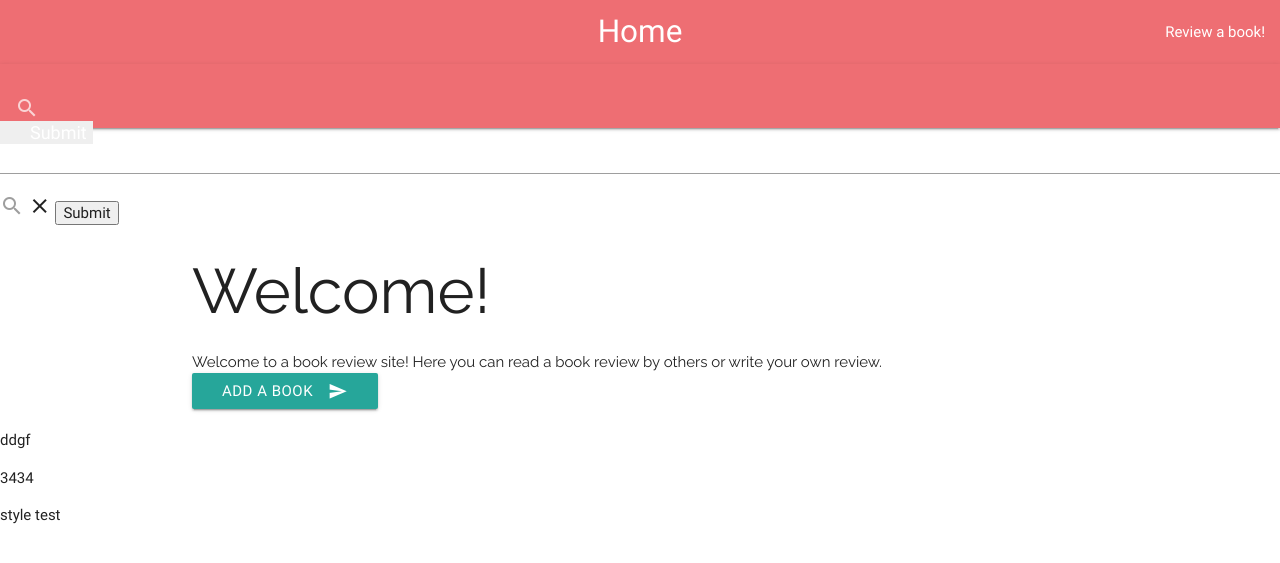
Repository: h8130084/bookReview
Page: http://localhost/
The author's editor kept a record of every edit. The page is drawn from the files as they stood at one moment, then again after the next edit.
The browser window is 1280 px wide. The pictures show the whole page.
Some web libraries are served in a nearby version. The page is served by the project's application, run on Flask 3 (app.py). Queries for data that is not in the repository find no rows.

Above is the page before.
Console error: ReferenceError: M is not defined

### templates/books.html
{% extends 'base.html' %} {% block content %}

<div class="container">
    <h1> Welcome!</h1>
    <div class="sub-heading" "row"> Welcome to a book review site! Here you can read a book review by others or write your own review.</div>



    {% for book in books%}

    <div class="collection">
        <a href="{{url_for( 'book_info', book_id=book._id)}} " class="collection-item"> {{book.Title}}</a>
    </div>

    {% endfor %}



    <div class="row" "addBookButton">
        <form action="{{url_for('add_book')}}" class="col s12">
            <button class="btn waves-effect waves-light" type="submit" name="action">add a book
                <i class="material-icons right">send</i>
            </button>
        </form>
    </div>

</div>
</div>

{% endblock %}

### templates/base.html
<!DOCTYPE html>
<html lang="en">

<head>
    <meta charset="UTF-8">
    <meta name="viewport" content="width=device-width, initial-scale=1.0">
    <meta http-equiv="X-UA-Compatible" content="ie=edge">

    <!-- taken from google fonts, materilaize and cdnjs -->
    <link href="https://fonts.googleapis.com/icon?family=Material+Icons" rel="stylesheet">
    <link rel="stylesheet" href="https://cdnjs.cloudflare.com/ajax/libs/materialize/0.100.2/css/materialize.min.css">
    <link rel="stylesheet" href="{{url_for('static', filename='/style.css')}}" type="text/css" />

    <title>Document</title>
</head>

<body>
    <header>
        <nav>
            <div class="nav-wrapper">
                <a href="{{url_for('get_books')}}" class="brand-logo center">Home</a>
                <ul id="nav-mobile" class="right">
                    <li><a href="{{url_for('add_book')}}">Review a book!</a></li>
            </div>
        </nav>
        <nav>
            <div class="nav-wrapper">
                <div class="search">
                    <form action="{{ url_for('search') }}">
                        <div class="input-field" "center">
                            <input id="search" type="search" name="Title" required>
                            <label class="label-icon" for="search"><i class="material-icons">search</i></label>
                            <i class="material-icons">close</i>
                            <input type="submit" value="Submit">
                        </div>
                    </form>
                </div>
            </div>
        </nav>
    </header>



                            <input id="search" type="search" name="Title" required>
                            <label class="label-icon" for="search"><i class="material-icons">search</i></label>
                            <i class="material-icons">close</i>
                            <input type="submit" value="Submit">
                        </div>
                    </form>


    {% block content %} {% endblock %}

    <script src="https://cdnjs.cloudflare.com/ajax/libs/jquery/3.2.1/jquery.min.js"></script>
    <script src="https://cdnjs.cloudflare.com/ajax/libs/materialize/0.100.2/js/materialize.min.js"></script>
    <script type="text/javascript">
        $(document).ready(function() {
            $('.tabs').tabs();
            $('#Review').val('New Text');
            M.textareaAutoResize($('#Review'));
            $('.sidenav').sidenav();
        });
    </script>
    </div>


</body>

<div class="footer">
    <p>ddgf</p>
    <p>3434</p>
    <p>style test</p>

</html>

### app.py
import os
from flask import Flask, render_template, redirect, request, url_for
from flask_pymongo import PyMongo
from bson.objectid import ObjectId
import env

app = Flask(__name__)

app.config["MONGO_DBNAME"] = 'book_review'
app.config["MONGO_URI"] = env.MONGO_URI


mongo = PyMongo(app)

@app.route('/')
@app.route('/ get_books')
def get_books():
     return render_template("books.html", books=mongo.db.book_details.find())


@app.route('/search')
def search():
     searched_book = request.form.get('Title')
     book = mongo.db.book_details.find_one({'Title':searched_book})
     return render_template("search.html", book=book)


@app.route('/edit_book/<book_id>')
def edit_book(book_id):
    the_book = mongo.db.book_details.find_one({"_id": ObjectId(book_id)})
    all_categories = mongo.db.categories.find()
    return render_template('editbook.html', book=the_book, categories=all_categories)

@app.route('/update_book/<book_id>', methods=["POST"])
def update_book(book_id):
    books = mongo.db.book_details
    books.update( {'_id': ObjectId(book_id)},
    {
        'Title': request.form.get('Title'),
        'Author': request.form.get('Author'),
        'Genre': request.form.get('Genre'),
        'Year': request.form.get('Year'),
        'Image_URL': request.form.get('Image_URL'),
        'Amazon': request.form.get('Amazon'),
        'Review': request.form.get('Review')
    })
    return redirect(url_for('get_books'))

#book details page
@app.route('/book_info/<book_id>')
def book_info(book_id):
    the_book = mongo.db.book_details.find_one({"_id": ObjectId(book_id)})
    all_categories = mongo.db.categories.find()
    return render_template('bookdetails.html', book=the_book, categories=all_categories, comments=mongo.db.comments.find())

def get_comments():
     return render_template('bookdetails.html', comments=mongo.db.comments.find())

#  takes the details from the form and adds the comment to the database, then redirects to bookdetails page

@app.route('/insert_comment', methods=['POST'])
def insert_comment():

    new_comment = {
        'bookID': request.form.get('Title'),
        'comment': request.form.get('comment')
    }
    comments = mongo.db.comments
    books = mongo.db.book_review
    comments.insert_one(new_comment)
    # ----- get comments should be book.details page to display that the comment just added is present
    return  redirect(url_for('get_books'))

# displays add books page
@app.route('/add_book')
def add_book():
    return render_template('addbook.html')

#  takes the details from the form and adds the book to the database, then redirects to home page
@app.route('/insert_book', methods=['POST'])
def insert_book():

    new_book = {
        'Title': request.form.get('Title'),
        'Author': request.form.get('Author'),
        'Genre': request.form.get('Genre'),
        'Year': request.form.get('Year'),
        'Image_URL': request.form.get('Image_URL'),
        'Amazon': request.form.get('Amazon'),
        'Review': request.form.get('Review'),
        'upvotes': 0,
    }

    books = mongo.db.book_details
    books.insert_one(new_book)
    # ----- get books should be home page to display that the book just added is present
    return redirect(url_for('get_books'))

# delete the book
@app.route('/delete_book/<book_id>')
def delete_book(book_id):
    mongo.db.book_details.remove({'_id': ObjectId(book_id)})
    return redirect(url_for('get_books'))


if __name__ == '__main__':
    app.run(host=os.environ.get('IP'),
    port=int(os.environ.get('PORT')),
    debug=True)

### static/style.css
@import url('https://fonts.googleapis.com/css?family=Raleway&display=swap');

/*.coverIMG {*/
/*  width: 100%;*/
/*  max-width: 10px;*/
/*  height: auto;*/
/*  position: center;*/
/*}*/

.books{
   background-color: red;
   position: center;
   position: absolute;
 }

.list_of_books{
    text-align: center;
    border: double;
}

.tabs{
    position: center;
    position: relative;
}


/*text*/
h1{
  font-family: 'Raleway', sans-serif;
}
.sub-heading {
  font-family: 'Raleway', sans-serif;
}

After the next edit:
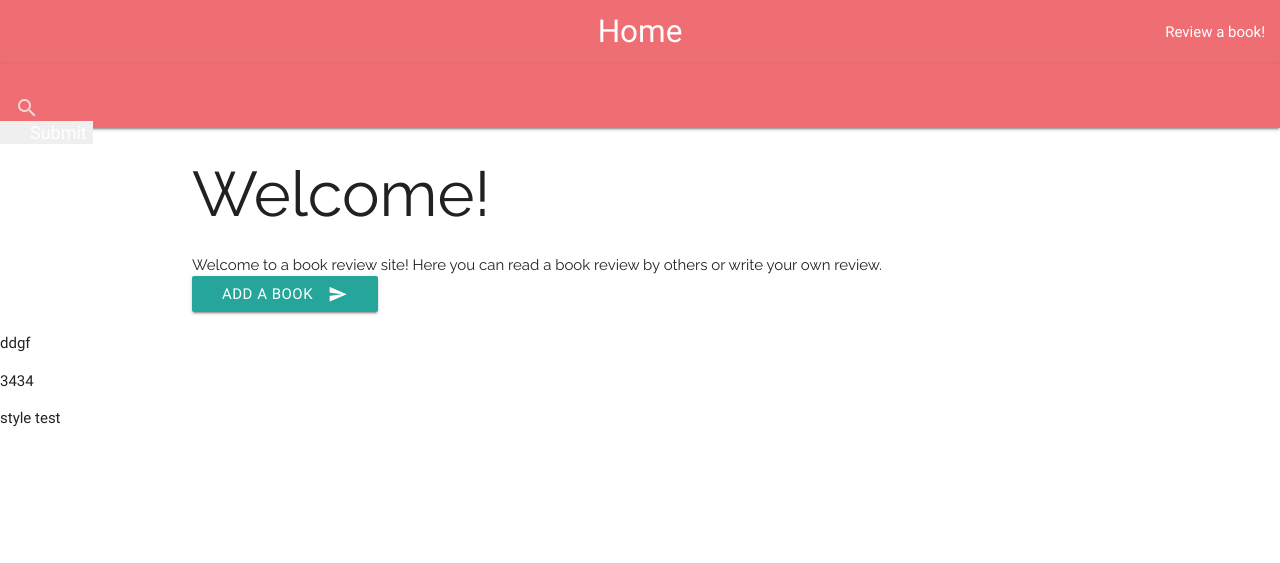
The edit:
--- a/templates/base.html
+++ b/templates/base.html
@@ -39,16 +39,6 @@
         </nav>
     </header>
 
-
-
-                            <input id="search" type="search" name="Title" required>
-                            <label class="label-icon" for="search"><i class="material-icons">search</i></label>
-                            <i class="material-icons">close</i>
-                            <input type="submit" value="Submit">
-                        </div>
-                    </form>
-
-
     {% block content %} {% endblock %}
 
     <script src="https://cdnjs.cloudflare.com/ajax/libs/jquery/3.2.1/jquery.min.js"></script>
